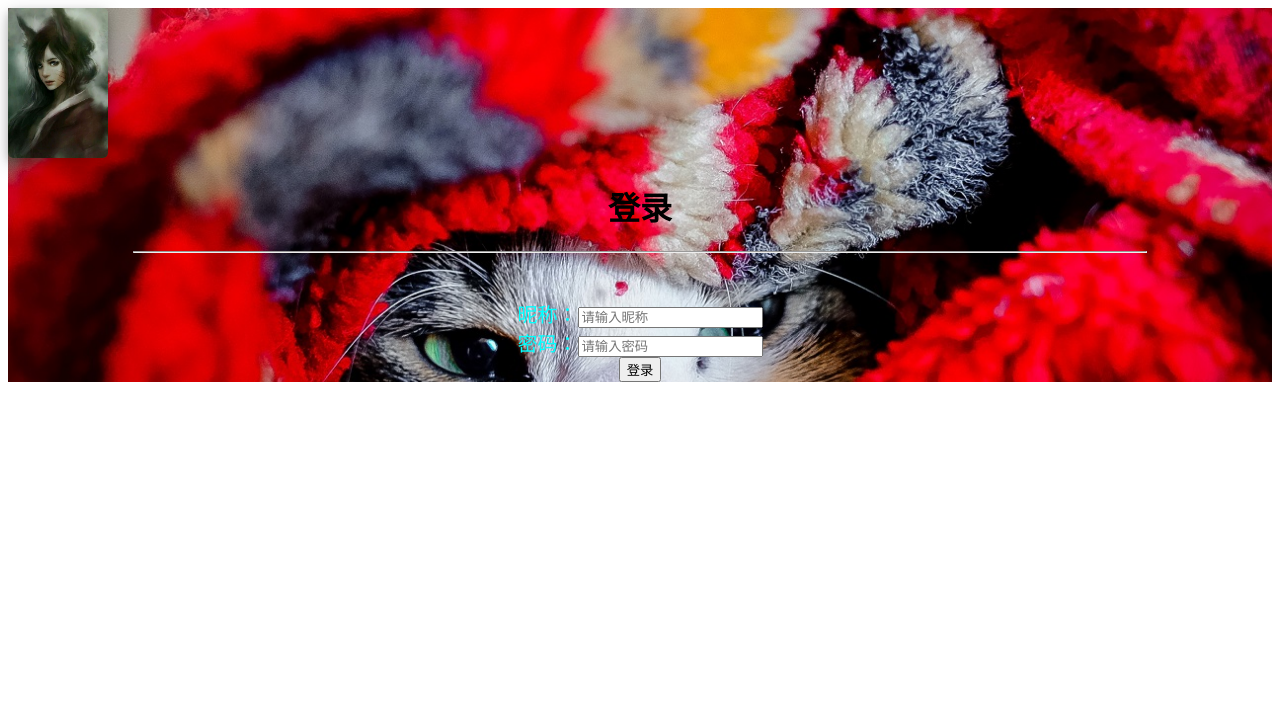
Repository: JuniorProjectTraining/free
Page: http://localhost/emss/login.jsp
The author's editor kept a copy of each file at every save. The page is drawn from the files as they stood at one save, then again after the next save.
The browser window is 1280 px wide. The pictures show the whole page.
The page is served by Tomcat 9.

Above is the page before, as saved 2019-12-25 13:33:57.

After the next save:
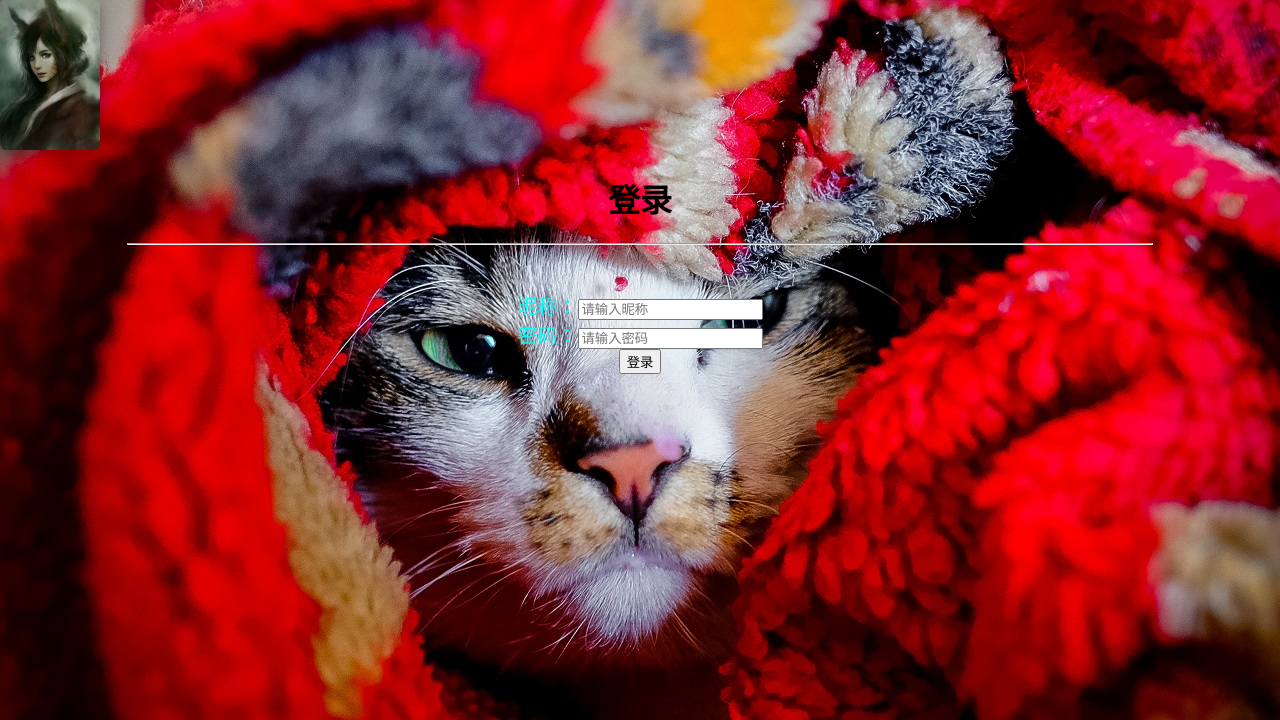
Saved 85 s later.
--- a/emss/src/main/webapp/login.jsp
+++ b/emss/src/main/webapp/login.jsp
@@ -8,8 +8,8 @@
 
 <style type="text/css">
 body {
-	padding: 0;
-	height: 100%;
+	margin: 0;
+	height: 100vh;
 }
 .nn {
 	font-family: "楷体";
